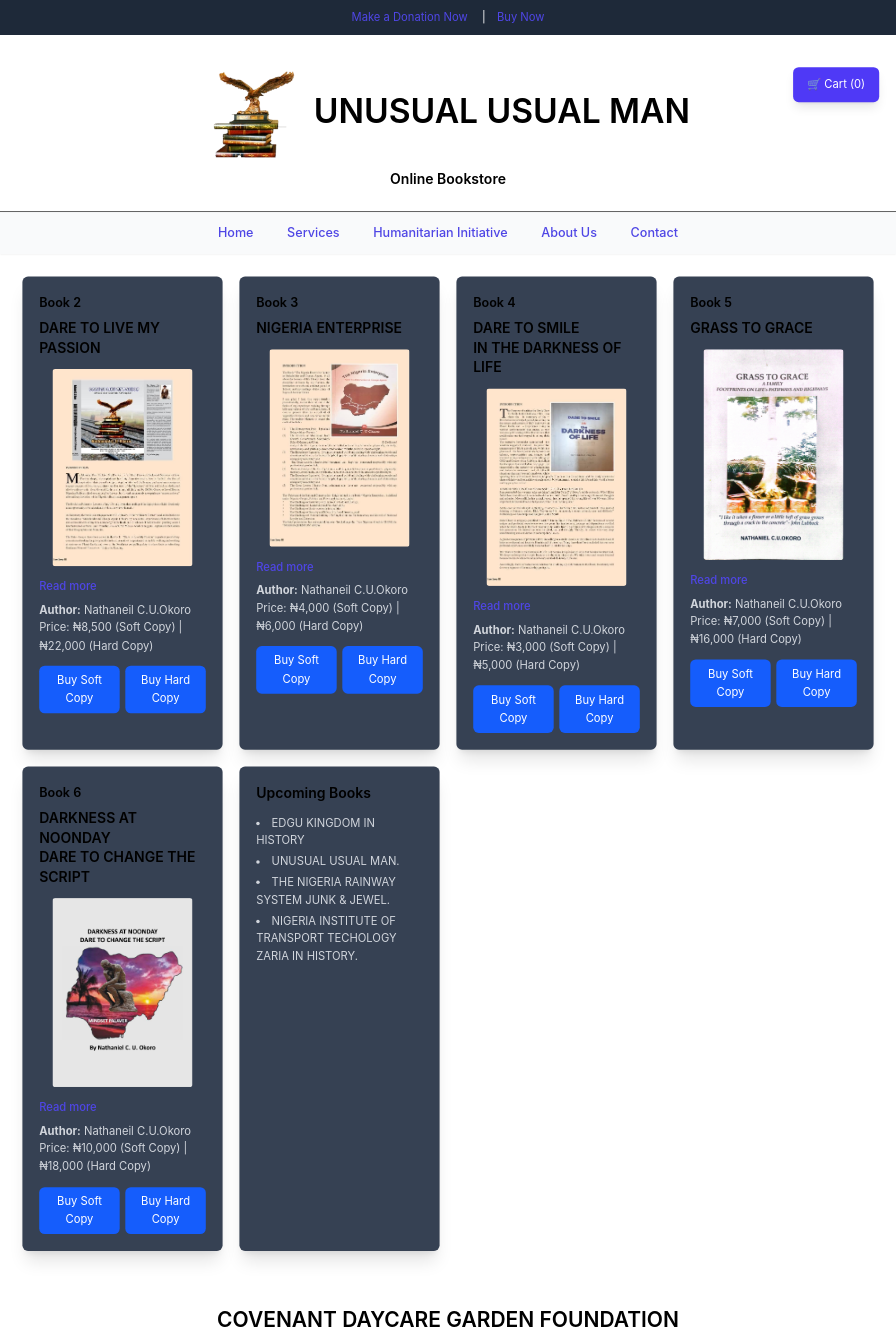
Repository: Rickyy1017/online-bookstore
Page: / (app in frontend/)
The author's editor kept a copy of each file at every save. The page is drawn from the files as they stood at one save, then again after a run of saves.
The browser window is 1280 px wide. The pictures show the part of the page from y = 0 to 1920 px (the page is 3316 px tall), at 70% of full size.
The project was rebuilt for these pictures with package versions that can differ from the ones it lists, and the page was loaded fresh each time. The framework's server and built-in components were replaced by stand-ins that run in the browser. Also part of the build but not shown: frontend/next.config.ts.

Above is the page before, as saved 2025-10-09 23:12:10.

### frontend/app/page.tsx
"use client";

import { useState } from 'react';
import Image from 'next/image';
import Link from 'next/link';

type CartItem = {
  title: string;
  price: number;
  type: string;
};

export default function Page() {
  const [cart, setCart] = useState<CartItem[]>([]);
  const [isModalOpen, setIsModalOpen] = useState(false);
  const [isBannerVisible, setIsBannerVisible] = useState(true);

  const addToCart = (title: string, price: number, type: string) => {
    setCart(prev => [...prev, { title, price, type }]);
  };

  const viewCart = () => {
    setIsModalOpen(true);
  };

  const closeCart = () => {
    setIsModalOpen(false);
  };

  const checkout = () => {
    alert('Checkout functionality not implemented yet.');
  };

  const totalPrice = cart.reduce((sum, item) => sum + item.price, 0);

  return (
    <>
      <div className={`bg-gray-800 text-white text-center py-3 ${isBannerVisible ? 'block' : 'hidden'}`}>
        <Link href="/donate" className="text-white hover:text-blue-300 mx-4 transition-colors">Make a Donation Now</Link> |
        <Link href="/buy" className="text-white hover:text-blue-300 mx-4 transition-colors">Buy Now</Link>
      </div>

      <header className="bg-white text-center py-8 shadow-md border-b">
        <div className="container mx-auto px-4">
          <h1 className="text-5xl font-bold text-gray-900 flex justify-center items-center mb-2">
            <Image src="/images/logo.png" alt="Logo" width={130} height={160} className="mr-6" />
            UNUSUAL USUAL MAN
          </h1>
          <h3 className="text-xl text-gray-600">Online Bookstore</h3>
        </div>
      </header>

      <nav className="bg-gray-50 shadow-sm">
        <div className="container mx-auto flex justify-center py-4">
          <Link href="/" className="text-gray-700 mx-6 no-underline font-medium text-lg hover:text-indigo-600 transition-colors">Home</Link>
          <Link href="/services" className="text-gray-700 mx-6 no-underline font-medium text-lg hover:text-indigo-600 transition-colors">Services</Link>
          <Link href="/humanitarian-initiative" className="text-gray-700 mx-6 no-underline font-medium text-lg hover:text-indigo-600 transition-colors">Humanitarian Initiative</Link>
          <Link href="/about" className="text-gray-700 mx-6 no-underline font-medium text-lg hover:text-indigo-600 transition-colors">About Us</Link>
          <Link href="/contact" className="text-gray-700 mx-6 no-underline font-medium text-lg hover:text-indigo-600 transition-colors">Contact</Link>
        </div>
      </nav>

      <button onClick={viewCart} className="fixed top-24 right-6 bg-indigo-600 text-white px-5 py-3 rounded-lg shadow-lg hover:bg-indigo-700 transition-all z-10">
        🛒 Cart ({cart.length})
      </button>

      <section className="container mx-auto grid grid-cols-1 md:grid-cols-2 lg:grid-cols-3 xl:grid-cols-4 gap-6 p-8">

        <div className="bg-gray-700 shadow-xl rounded-lg p-6 hover:shadow-2xl transition-shadow transform hover:scale-105">
          <h2 className="text-lg font-semibold text-gray-300 mb-2">Book 2</h2>
          <h3 className="text-xl font-bold text-white mb-4">DARE TO LIVE MY PASSION</h3>
          <Image src="/images/mypass.jpg" alt="DARE TO LIVE MY PASSION" width={200} height={300} className="mx-auto mb-4 rounded" />
          <Link href="/dare-to-live-my-passion" className="text-blue-400 hover:text-blue-300 font-medium">Read more</Link>
          <p className="text-gray-300 mt-2"><b>Author:</b> Nathaneil C.U.Okoro</p>
          <p className="text-gray-300 mb-4">Price: ₦8,500 (Soft Copy) | ₦22,000 (Hard Copy)</p>
          <div className="flex gap-2">
            <button onClick={() => addToCart('DARE TO LIVE MY PASSION', 8500, 'Soft Copy')} className="bg-blue-600 text-white px-4 py-2 rounded-lg hover:bg-blue-700 flex-1">Buy Soft Copy</button>
            <button onClick={() => addToCart('DARE TO LIVE MY PASSION', 22000, 'Hard Copy')} className="bg-blue-600 text-white px-4 py-2 rounded-lg hover:bg-blue-700 flex-1">Buy Hard Copy</button>
          </div>
        </div>

        <div className="bg-gray-700 shadow-xl rounded-lg p-6 hover:shadow-2xl transition-shadow transform hover:scale-105">
          <h2 className="text-lg font-semibold text-gray-300 mb-2">Book 3</h2>
          <h3 className="text-xl font-bold text-white mb-4">NIGERIA ENTERPRISE</h3>
          <Image src="/images/nige.jpg" alt="NIGERIA ENTERPRISE" width={200} height={300} className="mx-auto mb-4 rounded" />
          <Link href="/nigeria-enterprise" className="text-blue-400 hover:text-blue-300 font-medium">Read more</Link>
          <p className="text-gray-300 mt-2"><b>Author:</b> Nathaneil C.U.Okoro</p>
          <p className="text-gray-300 mb-4">Price: ₦4,000 (Soft Copy) | ₦6,000 (Hard Copy)</p>
          <div className="flex gap-2">
            <button onClick={() => addToCart('NIGERIA ENTERPRISE', 4000, 'Soft Copy')} className="bg-blue-600 text-white px-4 py-2 rounded-lg hover:bg-blue-700 flex-1">Buy Soft Copy</button>
            <button onClick={() => addToCart('NIGERIA ENTERPRISE', 6000, 'Hard Copy')} className="bg-blue-600 text-white px-4 py-2 rounded-lg hover:bg-blue-700 flex-1">Buy Hard Copy</button>
          </div>
        </div>

        <div className="bg-gray-700 shadow-xl rounded-lg p-6 hover:shadow-2xl transition-shadow transform hover:scale-105">
          <h2 className="text-lg font-semibold text-gray-300 mb-2">Book 4</h2>
          <h3 className="text-xl font-bold text-white mb-4">DARE TO SMILE <br /> IN THE DARKNESS OF LIFE</h3>
          <Image src="/images/dare.jpg" alt="DARE TO SMILE IN THE DARKNESS OF LIFE" width={200} height={300} className="mx-auto mb-4 rounded" />
          <Link href="/dare-to-smile" className="text-blue-400 hover:text-blue-300 font-medium">Read more</Link>
          <p className="text-gray-300 mt-2"><b>Author:</b> Nathaneil C.U.Okoro</p>
          <p className="text-gray-300 mb-4">Price: ₦3,000 (Soft Copy) | ₦5,000 (Hard Copy)</p>
          <div className="flex gap-2">
            <button onClick={() => addToCart('DARE TO SMILE IN THE DARKNESS OF LIFE', 3000, 'Soft Copy')} className="bg-blue-600 text-white px-4 py-2 rounded-lg hover:bg-blue-700 flex-1">Buy Soft Copy</button>
            <button onClick={() => addToCart('DARE TO SMILE IN THE DARKNESS OF LIFE', 5000, 'Hard Copy')} className="bg-blue-600 text-white px-4 py-2 rounded-lg hover:bg-blue-700 flex-1">Buy Hard Copy</button>
          </div>
        </div>

        <div className="bg-gray-700 shadow-xl rounded-lg p-6 hover:shadow-2xl transition-shadow transform hover:scale-105">
          <h2 className="text-lg font-semibold text-gray-300 mb-2">Book 5</h2>
          <h3 className="text-xl font-bold text-white mb-4">GRASS TO GRACE</h3>
          <Image src="/images/grasee (1).jpg" alt="GRASS TO GRACE" width={200} height={300} className="mx-auto mb-4 rounded" />
          <Link href="/grass-to-grace" className="text-blue-400 hover:text-blue-300 font-medium">Read more</Link>
          <p className="text-gray-300 mt-2"><b>Author:</b> Nathaneil C.U.Okoro</p>
          <p className="text-gray-300 mb-4">Price: ₦7,000 (Soft Copy) | ₦16,000 (Hard Copy)</p>
          <div className="flex gap-2">
            <button onClick={() => addToCart('GRASS TO GRACE', 7000, 'Soft Copy')} className="bg-blue-600 text-white px-4 py-2 rounded-lg hover:bg-blue-700 flex-1">Buy Soft Copy</button>
            <button onClick={() => addToCart('GRASS TO GRACE', 16000, 'Hard Copy')} className="bg-blue-600 text-white px-4 py-2 rounded-lg hover:bg-blue-700 flex-1">Buy Hard Copy</button>
          </div>
        </div>

        <div className="bg-gray-700 shadow-xl rounded-lg p-6 hover:shadow-2xl transition-shadow transform hover:scale-105">
          <h2 className="text-lg font-semibold text-gray-300 mb-2">Book 6</h2>
          <h3 className="text-xl font-bold text-white mb-4">DARKNESS AT NOONDAY <br /> DARE TO CHANGE THE SCRIPT</h3>
          <Image src="/images/dark.png" alt="DARKNESS AT NOONDAY DARE TO CHANGE THE SCRIPT" width={200} height={300} className="mx-auto mb-4 rounded" />
          <Link href="/darkness-at-noonday" className="text-blue-400 hover:text-blue-300 font-medium">Read more</Link>
          <p className="text-gray-300 mt-2"><b>Author:</b> Nathaneil C.U.Okoro</p>
          <p className="text-gray-300 mb-4">Price: ₦10,000 (Soft Copy) | ₦18,000 (Hard Copy)</p>
          <div className="flex gap-2">
            <button onClick={() => addToCart('DARKNESS AT NOONDAY DARE TO CHANGE THE SCRIPT', 10000, 'Soft Copy')} className="bg-blue-600 text-white px-4 py-2 rounded-lg hover:bg-blue-700 flex-1">Buy Soft Copy</button>
            <button onClick={() => addToCart('DARKNESS AT NOONDAY DARE TO CHANGE THE SCRIPT', 18000, 'Hard Copy')} className="bg-blue-600 text-white px-4 py-2 rounded-lg hover:bg-blue-700 flex-1">Buy Hard Copy</button>
          </div>
        </div>

        <div className="bg-gray-700 shadow-xl rounded-lg p-6 hover:shadow-2xl transition-shadow transform hover:scale-105">
          <h2 className="text-xl font-bold text-white mb-4">Upcoming Books</h2>
          <ul className="list-disc list-inside text-gray-300 space-y-1">
            <li>EDGU KINGDOM IN HISTORY</li>
            <li>UNUSUAL USUAL MAN.</li>
            <li>THE NIGERIA RAINWAY SYSTEM JUNK & JEWEL.</li>
            <li>NIGERIA INSTITUTE OF TRANSPORT TECHOLOGY ZARIA IN HISTORY.</li>
          </ul>
        </div>
      </section>

      <div className="container mx-auto text-center py-12">
        <h2 className="text-3xl font-bold text-white mb-8">COVENANT DAYCARE GARDEN FOUNDATION</h2>
        <div className="flex justify-center gap-8 mb-8">
          <Image src="/images/daycare1.png" alt="Daycare 1" width={300} height={200} className="rounded-lg shadow-lg" />
          <Image src="/images/daycare2.jpg" alt="Daycare 2" width={300} height={200} className="rounded-lg shadow-lg" />
        </div>
        <p className="text-gray-300 max-w-2xl mx-auto">A proud initiative dedicated to supporting elders and widows in need through community care and support programs.</p>
      </div>

      {isModalOpen && (
        <div className="fixed inset-0 bg-black bg-opacity-75 flex justify-center items-center z-50">
          <div className="bg-gray-800 p-8 rounded-xl shadow-2xl max-w-lg w-full mx-4">
            <div className="flex justify-between items-center mb-6">
              <h2 className="text-2xl font-bold text-white">Your Cart</h2>
              <span onClick={closeCart} className="cursor-pointer text-3xl text-gray-400 hover:text-white">&times;</span>
            </div>
            <ul className="mb-6 space-y-2">
              {cart.map((item, index) => (
                <li key={index} className="text-gray-300 bg-gray-700 p-3 rounded">{item.title} - {item.type} - ₦{item.price}</li>
              ))}
            </ul>
            <div className="flex justify-between items-center mb-6">
              <p className="text-xl font-semibold text-white">Total: ₦{totalPrice}</p>
            </div>
            <button onClick={checkout} className="w-full bg-blue-600 text-white px-6 py-3 rounded-lg hover:bg-blue-700 font-medium">Proceed to Checkout</button>
          </div>
        </div>
      )}

      <footer className="bg-gray-900 text-white py-12 mt-16">
        <div className="container mx-auto px-4">
          <div className="text-center mb-8">
            <p className="text-lg font-semibold">© 2025 Covenant Books & Consulting. All Rights Reserved.</p>
            <p className="text-gray-400 mt-2">Empowering lives through literature, community support, and global business expertise.</p>
          </div>
          <nav className="flex justify-center mb-8 space-x-6">
            <Link href="/about" className="text-gray-300 hover:text-blue-400 transition-colors">About Us</Link>
            <Link href="/services" className="text-gray-300 hover:text-blue-400 transition-colors">Services</Link>
            <Link href="/contact" className="text-gray-300 hover:text-blue-400 transition-colors">Contact Us</Link>
          </nav>
          <div className="flex justify-center mb-8 space-x-4">
            <a href="#" className="text-gray-400 hover:text-blue-400 transition-colors">Facebook</a>
            <a href="#" className="text-gray-400 hover:text-blue-400 transition-colors">Twitter</a>
            <a href="#" className="text-gray-400 hover:text-blue-400 transition-colors">LinkedIn</a>
          </div>
          <p className="text-center text-gray-400">Covenant Daycare Garden Foundation is a proud initiative dedicated to supporting elders and widows in need.</p>
        </div>
      </footer>
    </>
  );
}

### frontend/app/globals.css
@import "tailwindcss";
@import url('https://fonts.googleapis.com/css2?family=Inter:wght@300;400;500;600;700&display=swap');

:root {
  --background: #ffffff;
  --foreground: #000000;
  --accent: #4f46e5;
  --accent-hover: #3730a3;
}

@theme inline {
  --color-background: var(--background);
  --color-foreground: var(--foreground);
  --font-sans: 'Inter', sans-serif;
  --font-mono: var(--font-geist-mono);
}

body {
  background: var(--background);
  color: var(--foreground);
  font-family: 'Inter', sans-serif;
  line-height: 1.6;
}

h1, h2, h3, h4, h5, h6 {
  font-weight: 600;
  color: var(--foreground);
}

a {
  color: var(--accent);
  transition: color 0.2s ease;
}

a:hover {
  color: var(--accent-hover);
}

button {
  transition: all 0.2s ease;
}

Loaded but not shown: frontend/app/layout.tsx (common file)

After the next 2 saves:
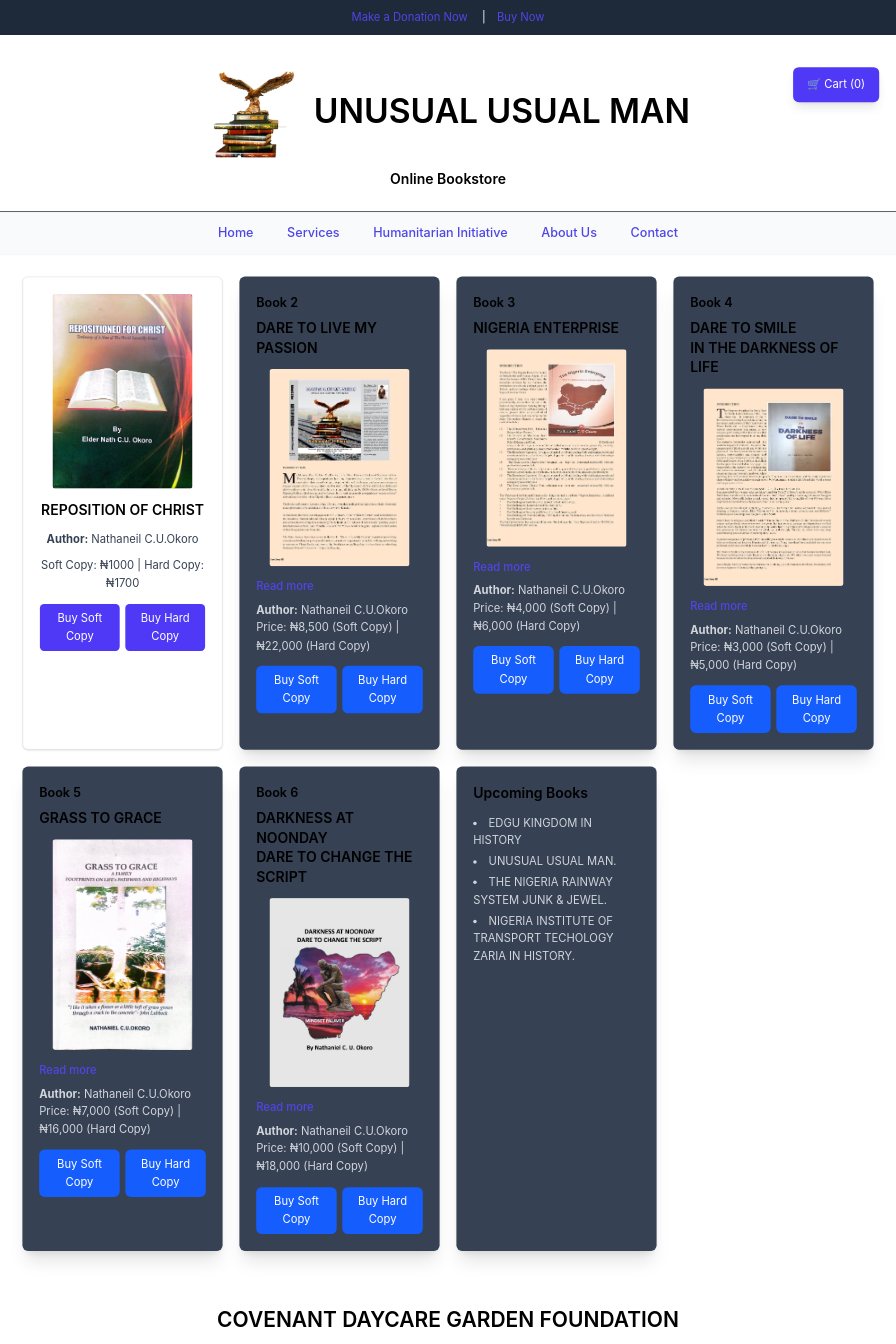
The 2 saves are shown as one change because they came seconds apart.
The last was saved 5 s later.
--- a/frontend/app/page.tsx
+++ b/frontend/app/page.tsx
@@ -65,6 +65,18 @@ export default function Page() {
       </button>
 
       <section className="container mx-auto grid grid-cols-1 md:grid-cols-2 lg:grid-cols-3 xl:grid-cols-4 gap-6 p-8">
+        <div className="bg-white border border-gray-200 rounded-lg p-6 shadow-sm">
+          <Image src="/images/rep.jpg" alt="REPOSITION OF CHRIST" width={200} height={300} className="mx-auto mb-4 rounded" />
+          <h3 className="text-xl font-bold text-gray-900 mb-4 text-center">REPOSITION OF CHRIST</h3>
+          <p className="text-gray-700 text-center mb-3"><b>Author:</b> Nathaneil C.U.Okoro</p>
+          <div className="text-center mb-4">
+            <p className="text-gray-700">Soft Copy: ₦1000 | Hard Copy: ₦1700</p>
+          </div>
+          <div className="flex gap-2">
+            <button onClick={() => addToCart('REPOSITION OF CHRIST', 1000, 'Soft Copy')} className="bg-indigo-600 text-white px-4 py-2 rounded-md hover:bg-indigo-700 flex-1">Buy Soft Copy</button>
+            <button onClick={() => addToCart('REPOSITION OF CHRIST', 1700, 'Hard Copy')} className="bg-indigo-600 text-white px-4 py-2 rounded-md hover:bg-indigo-700 flex-1">Buy Hard Copy</button>
+          </div>
+        </div>
 
         <div className="bg-gray-700 shadow-xl rounded-lg p-6 hover:shadow-2xl transition-shadow transform hover:scale-105">
           <h2 className="text-lg font-semibold text-gray-300 mb-2">Book 2</h2>
